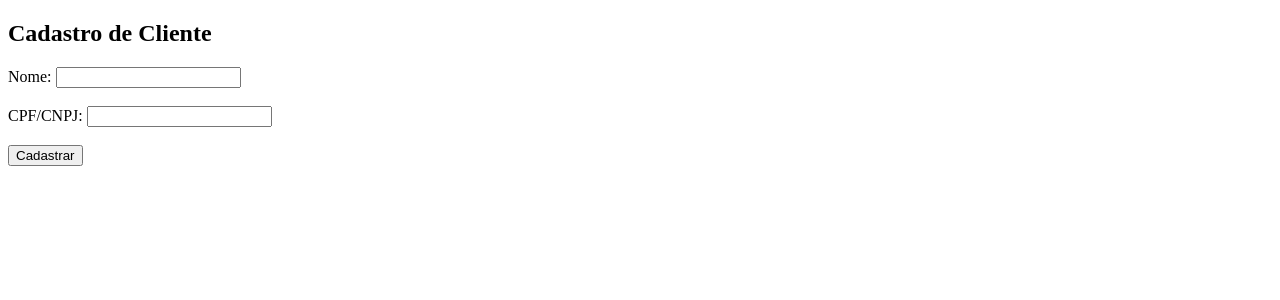
Repository: alvarofgomes/TartarugaCometa
Page: http://localhost/TartarugaCometa/src/main/WebContent/cliente/cadastrar.jsp
An editor plug-in stored every save of this project. The page is shown before and after the next save, followed by the edit.
The browser window is 1280 px wide. The pictures show the whole page.
The page is served by Tomcat 9. Other server files are loaded and not shown.

Above is the page before, as saved 2025-12-17 20:55:36.

### TartarugaCometa/src/main/WebContent/cliente/cadastrar.jsp
<!DOCTYPE html>
<html>
<head>
<meta charset="UTF-8">
<title>Cadastrar Cliente</title>
</head>
<body>

	<h2>Cadastro de Cliente</h2>

	<form action="/TartarugaCometa/clienteCadastrar" method="post">

		Nome: <input type="text" name="nome" /><br><br>
		CPF/CNPJ: <input type="text" name="cpfcnpj" /><br><br>

		<input type="submit" value="Cadastrar" />
	</form>

</body>
</html>

### TartarugaCometa/src/main/WebContent/css/style.css
@charset "UTF-8";

a{text-decoration: none;}

body {background-color: #9de0ad;}

After the next save:
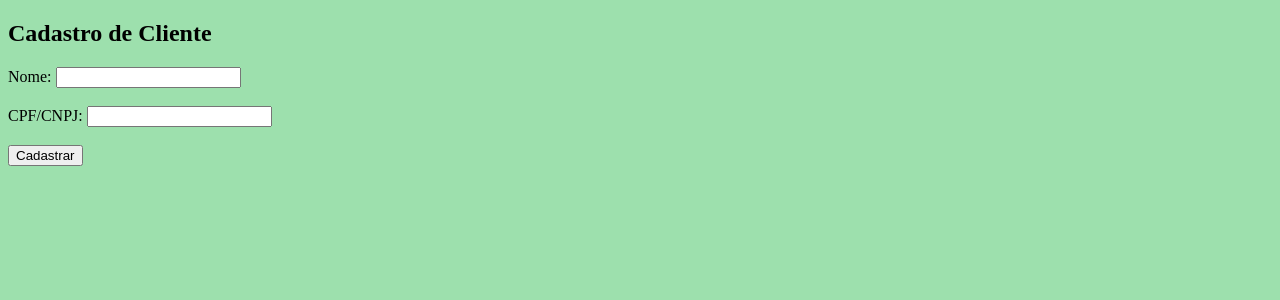
Saved 2 min 52 s later.
--- a/TartarugaCometa/src/main/WebContent/cliente/cadastrar.jsp
+++ b/TartarugaCometa/src/main/WebContent/cliente/cadastrar.jsp
@@ -3,6 +3,7 @@
 <head>
 <meta charset="UTF-8">
 <title>Cadastrar Cliente</title>
+<link rel="stylesheet" href="/TartarugaCometa/css/style.css">
 </head>
 <body>
 
